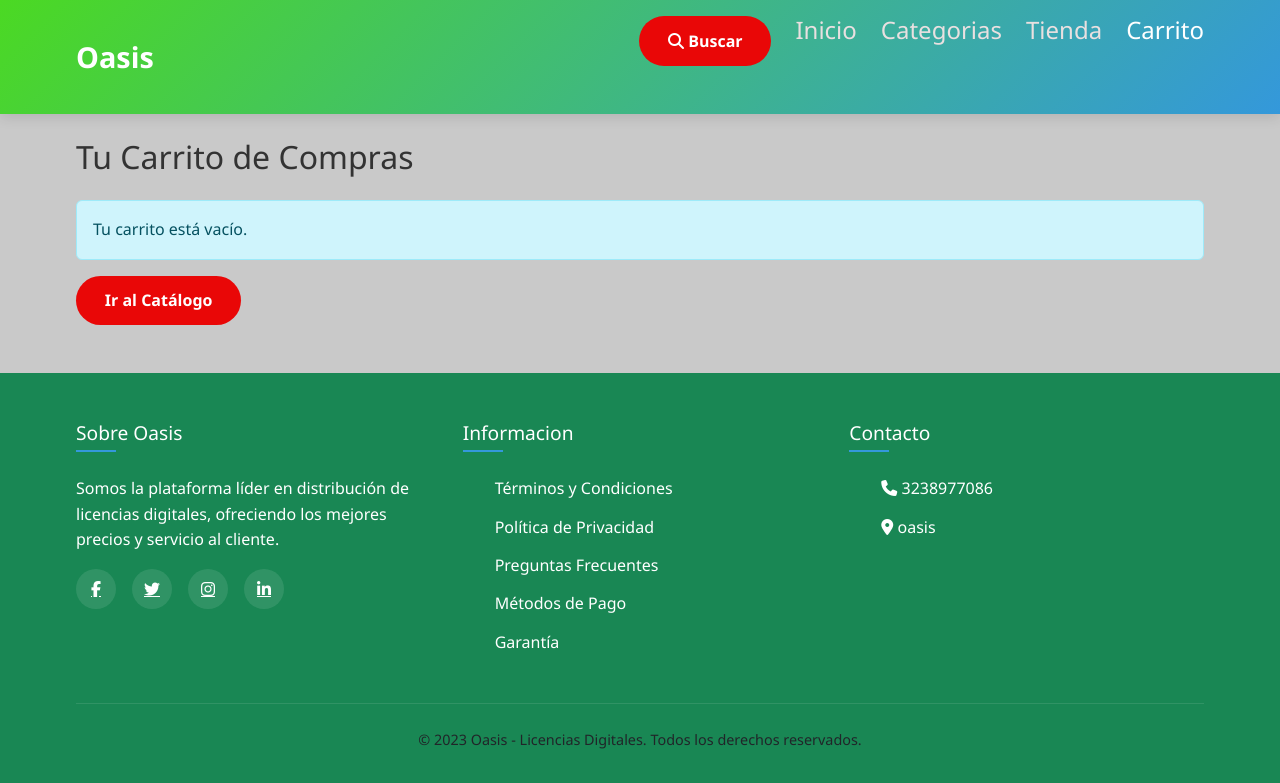
Repository: chicharo2025/oasis
Page: http://localhost/carrito/
These files come from the project's save history. The page is drawn as it stood at one moment and after the next save; the edit follows.
The browser window is 1280 px wide. The pictures show the whole page.
The page is served by the project's application, run on Django 5.2 (django_techstore/manage.py).

Above is the page before, as saved 2025-04-21 23:48:14.

After the next save:
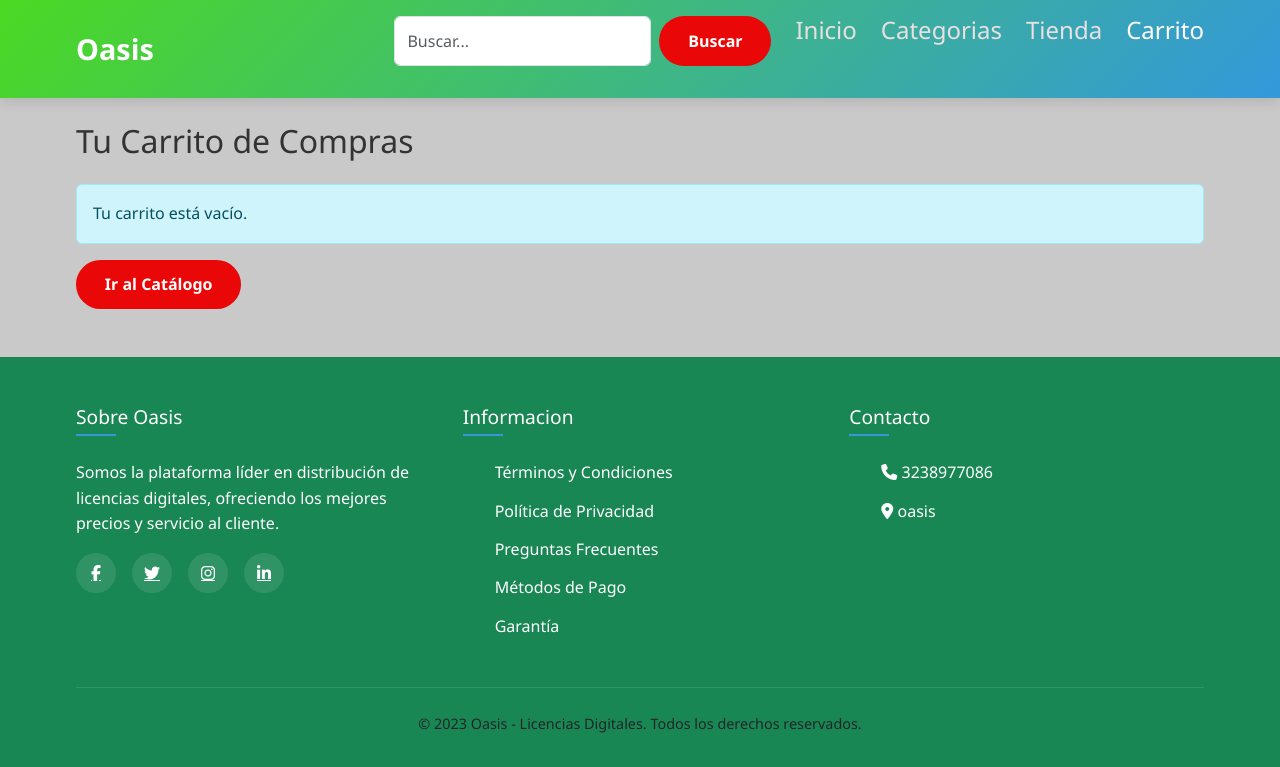
Saved 14 min 30 s later.
--- a/django_techstore/productos/templates/productos/menu.html
+++ b/django_techstore/productos/templates/productos/menu.html
@@ -21,17 +21,18 @@
                 </div>
                 <nav>
                     <ul>
-                        <form method="get" action="{% url 'product_search' %}">
-                            {% csrf_token %}
-                            <div class="input-group mb-3">
-                            {{ form.query }}
-                            <div class="input-group-append">
-                                <button class="btn btn-primary" type="submit">
-                                <i class="fas fa-search"></i> Buscar
-                                </button>
-                            </div>
-                            </div>
-                        </form>
+                       <!-- Template (HTML) -->
+<form method="get" action="{% url 'product_search' %}" class="d-flex">
+    <input
+        type="search"
+        name="q"
+        class="form-control me-2"
+        placeholder="Buscar..."
+        aria-label="Search"
+        required
+    >
+    <button class="btn btn-outline-success" type="submit">Buscar</button>
+</form>
                         <h4><li><a href="{% url 'index' %}">Inicio</a></li></h4>
                         <h4><li><a href="{% url 'lista' %}">Categorias</a></li></h4>
                         <h4><li><a href="{% url 'catalogo' %}">Tienda</a></li></h4>
